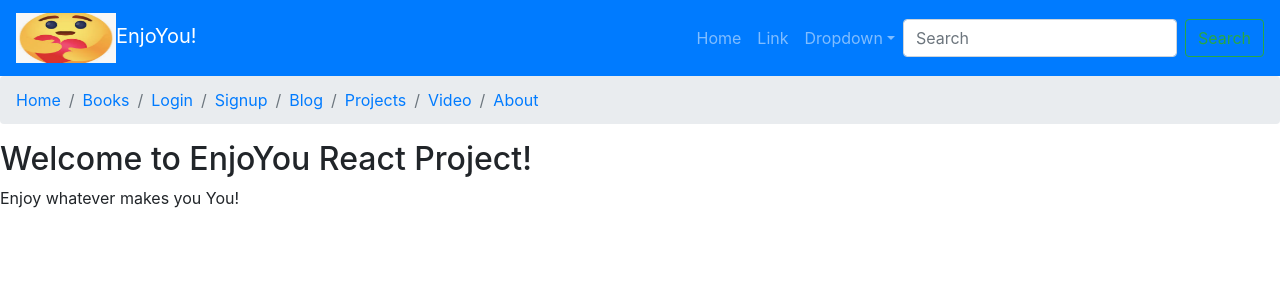
Repository: ebo-arcadia/enjoyou
Page: /
The author's editor kept a copy of each file at every save. The page is drawn from the files as they stood at one save, then again after the next save.
The browser window is 1280 px wide. The pictures show the whole page.
The project was rebuilt for these pictures with package versions that can differ from the ones it lists, and the page was loaded fresh each time. Also part of the build but not shown: src/components/BooksList.js, src/containers/Login.js, src/containers/signup.js, src/containers/blog.js, src/containers/Projects.js, src/containers/video.js, src/components/About.js.

Above is the page before, as saved 2021-04-20 17:29:59.

After the next save:
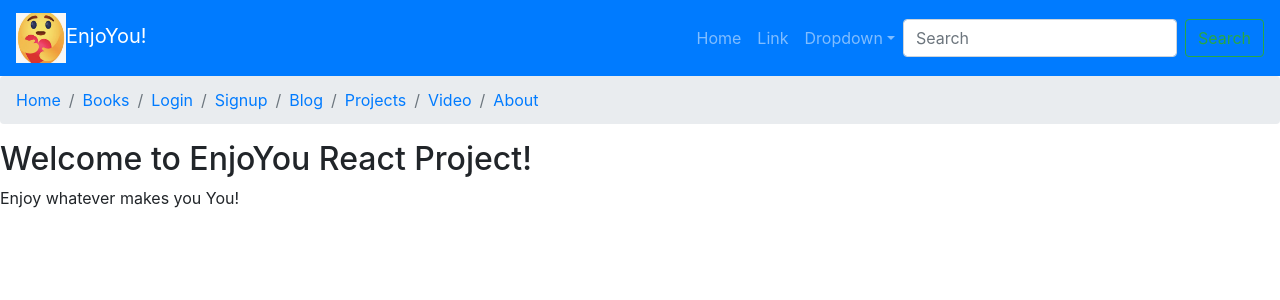
Saved 12 s later.
--- a/src/components/NavigationBar.js
+++ b/src/components/NavigationBar.js
@@ -5,7 +5,7 @@ import Logo from '../assets/logo.png';
 const NavigationBar = () => {
     return (
         <Navbar bg="primary" expand="lg" variant="dark">
-        <Navbar.Brand href="#home"><img src={Logo}  rounded style={{width: 100, height: 50}} className="logo" alt="logo"/>EnjoYou!</Navbar.Brand>
+        <Navbar.Brand href="#home"><img src={Logo} style={{width: 50, height: 50}} className="logo" alt="logo"/>EnjoYou!</Navbar.Brand>
         <Navbar.Toggle aria-controls="basic-navbar-nav" />
         <Navbar.Collapse id="basic-navbar-nav">
           <Nav className="ml-auto">
